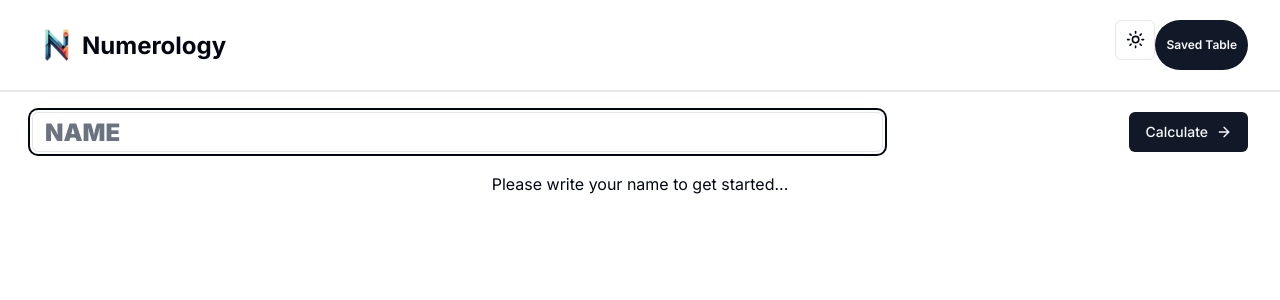
Repository: RaghunadhSahitDruvam/mynumerology
Page: /
An editor plug-in stored every save of this project. The page is shown before and after the next save, followed by the edit.
The browser window is 1280 px wide. The pictures show the whole page.
The project was rebuilt for these pictures with package versions that can differ from the ones it lists, and the page was loaded fresh each time. The framework's server and built-in components were replaced by stand-ins that run in the browser. Also part of the build but not shown: next.config.js, components/ui/alert-dialog.tsx.

Above is the page before, as saved 2023-12-21 08:02:33.

### app/layout.tsx
import type { Metadata } from "next";
import { Inter } from "next/font/google";
import "./globals.css";
import { ThemeProvider } from "@/components/theme-provider";

const inter = Inter({ subsets: ["latin"] });

export const metadata: Metadata = {
  title: "Numerology",
  description: "Officially designed by ⭐ Raghunadh ⭐",
};

export default function RootLayout({
  children,
}: {
  children: React.ReactNode;
}) {
  return (
    <html lang="en">
      <body className={inter.className}>
        {" "}
        <ThemeProvider
          attribute="class"
          defaultTheme="system"
          enableSystem
          disableTransitionOnChange
        >
          {children}
          {/* <Toaster /> */}
        </ThemeProvider>
      </body>
    </html>
  );
}

### app/page.tsx
// @ts-nocheck
"use client";
import React, { useEffect, useRef, useState } from "react";
import { Input } from "@/components/ui/input";
import { ToastContainer, toast } from "react-toastify";
import "react-toastify/dist/ReactToastify.css";

import { Button } from "@/components/ui/button";
import { ArrowRight } from "lucide-react";
import axios from "axios";
import Header from "@/components/header";
import { useRouter, useSearchParams } from "next/navigation";
import Link from "next/link";
import {
  AlertDialog,
  AlertDialogAction,
  AlertDialogCancel,
  AlertDialogContent,
  AlertDialogDescription,
  AlertDialogFooter,
  AlertDialogHeader,
  AlertDialogTitle,
  AlertDialogTrigger,
} from "@/components/ui/alert-dialog";

interface DataSource {
  name_g2_block?: string;
  name_g3_block?: string;
  g2tot?: number;
  g2vtot?: number;
  g2nettot?: number;
  g3tot?: number;
  g3vtot?: number;
  g3nettot?: number;
  tot_letters?: number;
}

const Page: React.FC = () => {
  let [textName, setTextName] = useState<string>("");
  const [dataSource, setDataSource] = useState<DataSource | null>(null);
  const [loading, setLoading] = useState<boolean>(false);
  const searchParams = useSearchParams();
  let search = searchParams.get("name");
  const router = useRouter();
  const saveHandler = async (dataSource: DataSource) => {
    setLoading(true);
    await axios
      .post("/api/save", {
        chaldean: dataSource.name_g2_block,
        pythogorous: dataSource.name_g3_block,
        tot_letters: dataSource.tot_letters,
        g2tot: dataSource.g2tot,
        g3tot: dataSource.g3tot,
        g2vtot: dataSource.g2vtot,
        g3vtot: dataSource.g3vtot,
        g2nettot: dataSource.g2nettot,
        g3nettot: dataSource.g3nettot,
      })
      .then((res) => {
        setLoading(false);
        toast.success("Name successfully added to Database ⭐!");
      })
      .catch((err) => toast.error(err));
  };

  useEffect(() => {
    // Set initial value only if it's different from the current state
    if (search !== null && search !== textName) {
      setTextName(search);
    }
  }, [search, textName]);

  const inputFocusRef = useRef(null);
  const buttonRef = useRef(null);
  useEffect(() => {
    inputFocusRef.current.focus();
    if (search !== null) {
      if (buttonRef.current) {
        buttonRef.current.click();
      }
    }
  }, []);
  const submitHandler = (e: React.FormEvent<HTMLFormElement>) => {
    e.preventDefault();
    axios
      .get(`https://phinzi.com/convert?name=${textName}`)
      .then((res) => setDataSource(res.data));
  };

  const updateURL = (newTextName: string) => {
    // Update the URL without a page reload
    router.push(
      `?name=${encodeURIComponent(
        newTextName
          .replaceAll(".", "")
          .replaceAll(",", "")
          .replaceAll("-", " ")
          .replaceAll(";", "")
          .replaceAll("(", "")
          .replaceAll(")", "")
          .replaceAll("  ", " ")
      )}`
    );
  };

  return loading ? (
    <div className="flex items-center justify-center h-screen bg-gray-100">
      <div className="animate-spin h-12 w-12 border-t-2 border-b-2 border-gray-900 rounded-full" />
    </div>
  ) : (
    <div className="">
      <Header />

      <div>
        <form
          className="container gap flex justify-between"
          onSubmit={(e) => submitHandler(e)}
        >
          <Input
            type="text"
            placeholder="Name"
            className="w-[70%]"
            value={textName}
            ref={inputFocusRef}
            onChange={(e) => {
              const newValue = e.target.value;
              setTextName(newValue);
              updateURL(newValue); // Update the URL when input changes
            }}
          />

          <Button type="submit" ref={buttonRef}>
            Calculate <ArrowRight className="ml-2 h-4 w-4" />
          </Button>
        </form>
      </div>
      {dataSource ? (
        <>
          <div className="container mt-[30px] flex items-start justify-start">
            <table
              border={2}
              className="border-4dark:border-white border-yellow-600"
            >
              <thead className="border-4 dark:border-white border-yellow-600 p-[20px]">
                <tr className="border-4 dark:border-white border-yellow-600">
                  <th className="border-4 dark:border-white border-yellow-600 bg-green-600 text-white  text-2xl font-[900]">
                    Grp.
                  </th>
                  <th className="border-4 dark:border-white border-yellow-600 bg-green-600 text-white  text-2xl font-[900]">
                    Name
                  </th>
                  <th className="border-4 dark:border-white border-yellow-600 bg-green-600 text-white  text-2xl font-[900]">
                    Total
                  </th>
                  <th className="border-4  dark:border-white border-yellow-600 bg-green-600 text-white  text-2xl font-[900]">
                    V
                  </th>
                  <th className="border-4px-[10px]  dark:border-white border-yellow-600 bg-green-600 text-white  text-2xl font-[900] text-2xl">
                    C
                  </th>
                </tr>
              </thead>
              <tbody className="border-4 dark:border-white border-yellow-600 text-[#960084] font-[900]">
                <tr className="border-4 dark:border-white border-yellow-600">
                  <td className="border-4 dark:border-white border-yellow-600 bg-green-600 text-white  text-2xl ">
                    C
                  </td>
                  <td className=" border-4 dark:border-white border-yellow-600 ">
                    <table
                      className=" table-padding text-2xl"
                      dangerouslySetInnerHTML={{
                        __html:
                          typeof dataSource !== "undefined" &&
                          dataSource?.name_g2_block,
                      }}
                    ></table>
                  </td>

                  <td className="border-4 dark:border-white border-yellow-600 text-2xl bg-green-600 text-white ">
                    {dataSource?.g2tot}
                  </td>
                  <td className="border-4 dark:border-white border-yellow-600 text-2xl bg-green-600 text-white ">
                    {" "}
                    {dataSource?.g2vtot}
                  </td>
                  <td className="border-4 dark:border-white border-yellow-600 text-2xl bg-green-600 text-white ">
                    {" "}
                    {dataSource?.g2nettot}
                  </td>
                </tr>
                <tr className="border-4 dark:border-white border-yellow-600">
                  <td className="border-4 dark:border-white border-yellow-600 bg-green-600 text-white  text-2xl ">
                    P
                  </td>
                  <td className=" border-4 dark:border-white border-yellow-600">
                    <table
                      className=" table-padding text-2xl"
                      dangerouslySetInnerHTML={{
                        __html:
                          typeof dataSource !== "undefined" &&
                          dataSource?.name_g3_block,
                      }}
                    ></table>
                  </td>

                  <td className="border-4 dark:border-white border-yellow-600 text-2xl bg-green-600 text-white ">
                    {dataSource?.g3tot}
                  </td>
                  <td className="border-4 dark:border-white border-yellow-600 text-2xl bg-green-600 text-white ">
                    {" "}
                    {dataSource?.g3vtot}
                  </td>
                  <td className="border-4 dark:border-white border-yellow-600 text-2xl bg-green-600 text-white ">
                    {" "}
                    {dataSource?.g3nettot}
                  </td>
                </tr>
              </tbody>
            </table>
          </div>
          <div className="container flex  items-start mt-[10px] justify-between">
            {" "}
            <span className="text-green-600  text-2xl font-[900]">
              Total Letters - {dataSource?.tot_letters}
            </span>
            <div className="">
              {/* <Button variant={"default"} className="mr-[10px]"> */}
              <AlertDialog>
                <AlertDialogTrigger>
                  <Button variant={"default"} className="mr-[10px]">
                    Save
                  </Button>
                </AlertDialogTrigger>
                <AlertDialogContent>
                  <AlertDialogHeader>
                    <AlertDialogTitle>
                      Are you absolutely sure?
                    </AlertDialogTitle>
                    <AlertDialogDescription>
                      Do you want to save this name -{" "}
                      <b>{textName.toUpperCase()}</b> ?
                    </AlertDialogDescription>
                  </AlertDialogHeader>
                  <AlertDialogFooter>
                    <AlertDialogCancel>Cancel</AlertDialogCancel>
                    <AlertDialogAction onClick={() => saveHandler(dataSource)}>
                      Continue
                    </AlertDialogAction>
                  </AlertDialogFooter>
                </AlertDialogContent>
              </AlertDialog>
              {/* </Button> */}
              <Link href={"/"}>
                <Button
                  variant={"destructive"}
                  onClick={() => {
                    setTextName(null);
                    setDataSource(null);
                  }}
                >
                  Cancel
                </Button>
              </Link>
            </div>
          </div>
        </>
      ) : (
        <>
          <div className="container flex justify-center align-middle">
            <h1>Please write your name to get started...</h1>
          </div>
        </>
      )}
      <ToastContainer
        position="top-right"
        autoClose={5000}
        hideProgressBar={false}
        newestOnTop={false}
        closeOnClick
        rtl={false}
        pauseOnFocusLoss
        draggable
        pauseOnHover
        theme="colored"
      />
    </div>
  );
};

export default Page;

### app/globals.css
@tailwind base;
@tailwind components;
@tailwind utilities;

@layer base {
  :root {
    --background: 0 0% 100%;
    --foreground: 224 71.4% 4.1%;

    --card: 0 0% 100%;
    --card-foreground: 224 71.4% 4.1%;

    --popover: 0 0% 100%;
    --popover-foreground: 224 71.4% 4.1%;

    --primary: 220.9 39.3% 11%;
    --primary-foreground: 210 20% 98%;

    --secondary: 220 14.3% 95.9%;
    --secondary-foreground: 220.9 39.3% 11%;

    --muted: 220 14.3% 95.9%;
    --muted-foreground: 220 8.9% 46.1%;

    --accent: 220 14.3% 95.9%;
    --accent-foreground: 220.9 39.3% 11%;

    --destructive: 0 84.2% 60.2%;
    --destructive-foreground: 210 20% 98%;

    --border: 220 13% 91%;
    --input: 220 13% 91%;
    --ring: 224 71.4% 4.1%;

    --radius: 0.5rem;
  }

  .dark {
    --background: 224 71.4% 4.1%;
    --foreground: 210 20% 98%;

    --card: 224 71.4% 4.1%;
    --card-foreground: 210 20% 98%;

    --popover: 224 71.4% 4.1%;
    --popover-foreground: 210 20% 98%;

    --primary: 210 20% 98%;
    --primary-foreground: 220.9 39.3% 11%;

    --secondary: 215 27.9% 16.9%;
    --secondary-foreground: 210 20% 98%;

    --muted: 215 27.9% 16.9%;
    --muted-foreground: 217.9 10.6% 64.9%;

    --accent: 215 27.9% 16.9%;
    --accent-foreground: 210 20% 98%;

    --destructive: 0 62.8% 30.6%;
    --destructive-foreground: 210 20% 98%;

    --border: 215 27.9% 16.9%;
    --input: 215 27.9% 16.9%;
    --ring: 216 12.2% 83.9%;
  }
}

@layer base {
  * {
    @apply border-border;
  }
  body {
    @apply bg-background text-foreground;
  }
  .container {
    @apply mx-[50px];
  }
  .mainHeading {
    @apply text-2xl font-bold;
  }
  .gap {
    @apply my-[20px];
  }
  .table-padding tbody > tr > td {
    @apply px-[15px];
  }
}

### components/ui/input.tsx
import * as React from "react";

import { cn } from "@/lib/utils";

export interface InputProps
  extends React.InputHTMLAttributes<HTMLInputElement> {}

const Input = React.forwardRef<HTMLInputElement, InputProps>(
  ({ className, type, ...props }, ref) => {
    return (
      <input
        type={type}
        className={cn(
          "flex h-10 w-full rounded-md border border-pink-600 border-input uppercase text-2xl bg-background text-blue-600 font-[1000] px-3 py-2  ring-offset-background file:border-0 file:bg-transparent file:text-sm file:font-medium placeholder:text-muted-foreground focus-visible:outline-none focus-visible:ring-2 focus-visible:ring-ring focus-visible:ring-offset-2 foc disabled:cursor-not-allowed disabled:opacity-50",
          className
        )}
        ref={ref}
        {...props}
      />
    );
  }
);
Input.displayName = "Input";

export { Input };

### components/ui/button.tsx
import * as React from "react"
import { Slot } from "@radix-ui/react-slot"
import { cva, type VariantProps } from "class-variance-authority"

import { cn } from "@/lib/utils"

const buttonVariants = cva(
  "inline-flex items-center justify-center rounded-md text-sm font-medium ring-offset-background transition-colors focus-visible:outline-none focus-visible:ring-2 focus-visible:ring-ring focus-visible:ring-offset-2 disabled:pointer-events-none disabled:opacity-50",
  {
    variants: {
      variant: {
        default: "bg-primary text-primary-foreground hover:bg-primary/90",
        destructive:
          "bg-destructive text-destructive-foreground hover:bg-destructive/90",
        outline:
          "border border-input bg-background hover:bg-accent hover:text-accent-foreground",
        secondary:
          "bg-secondary text-secondary-foreground hover:bg-secondary/80",
        ghost: "hover:bg-accent hover:text-accent-foreground",
        link: "text-primary underline-offset-4 hover:underline",
      },
      size: {
        default: "h-10 px-4 py-2",
        sm: "h-9 rounded-md px-3",
        lg: "h-11 rounded-md px-8",
        icon: "h-10 w-10",
      },
    },
    defaultVariants: {
      variant: "default",
      size: "default",
    },
  }
)

export interface ButtonProps
  extends React.ButtonHTMLAttributes<HTMLButtonElement>,
    VariantProps<typeof buttonVariants> {
  asChild?: boolean
}

const Button = React.forwardRef<HTMLButtonElement, ButtonProps>(
  ({ className, variant, size, asChild = false, ...props }, ref) => {
    const Comp = asChild ? Slot : "button"
    return (
      <Comp
        className={cn(buttonVariants({ variant, size, className }))}
        ref={ref}
        {...props}
      />
    )
  }
)
Button.displayName = "Button"

export { Button, buttonVariants }

### components/header.tsx
import React from "react";
import { ModeToggle } from "./mode";
import Link from "next/link";
import Image from "next/image";
import { Badge } from "@/components/ui/badge";

const Header = () => {
  return (
    <div className={``}>
      <div className="flex my-[20px] mainHeading justify-between  container ">
        <Link href={"/"} className="flex align-middle text-center ">
          <Image src={"/images/logo.png"} alt="logo" height={50} width={50} />
          <span className="mt-[10px]">Numerology</span>
        </Link>
        <div className="flex">
          <ModeToggle />
          <Badge variant="default">Saved Table</Badge>
        </div>
      </div>
      <div className="border-b-2"></div>
    </div>
  );
};

export default Header;

### components/mode.tsx
"use client";

import * as React from "react";
import { Moon, Sun } from "lucide-react";
import { useTheme } from "next-themes";

import { Button } from "@/components/ui/button";
import {
  DropdownMenu,
  DropdownMenuContent,
  DropdownMenuItem,
  DropdownMenuTrigger,
} from "@/components/ui/dropdown-menu";

export function ModeToggle() {
  const { setTheme } = useTheme();

  return (
    <DropdownMenu>
      <DropdownMenuTrigger asChild>
        <Button variant="outline" size="icon">
          <Sun className="h-[1.2rem] w-[1.2rem] rotate-0 scale-100 transition-all dark:-rotate-90 dark:scale-0" />
          <Moon className="absolute h-[1.2rem] w-[1.2rem] rotate-90 scale-0 transition-all dark:rotate-0 dark:scale-100" />
          <span className="sr-only">Toggle theme</span>
        </Button>
      </DropdownMenuTrigger>
      <DropdownMenuContent align="end">
        <DropdownMenuItem onClick={() => setTheme("light")}>
          Light
        </DropdownMenuItem>
        <DropdownMenuItem onClick={() => setTheme("dark")}>
          Dark
        </DropdownMenuItem>
        <DropdownMenuItem onClick={() => setTheme("system")}>
          System
        </DropdownMenuItem>
      </DropdownMenuContent>
    </DropdownMenu>
  );
}

### components/ui/badge.tsx
import * as React from "react"
import { cva, type VariantProps } from "class-variance-authority"

import { cn } from "@/lib/utils"

const badgeVariants = cva(
  "inline-flex items-center rounded-full border px-2.5 py-0.5 text-xs font-semibold transition-colors focus:outline-none focus:ring-2 focus:ring-ring focus:ring-offset-2",
  {
    variants: {
      variant: {
        default:
          "border-transparent bg-primary text-primary-foreground hover:bg-primary/80",
        secondary:
          "border-transparent bg-secondary text-secondary-foreground hover:bg-secondary/80",
        destructive:
          "border-transparent bg-destructive text-destructive-foreground hover:bg-destructive/80",
        outline: "text-foreground",
      },
    },
    defaultVariants: {
      variant: "default",
    },
  }
)

export interface BadgeProps
  extends React.HTMLAttributes<HTMLDivElement>,
    VariantProps<typeof badgeVariants> {}

function Badge({ className, variant, ...props }: BadgeProps) {
  return (
    <div className={cn(badgeVariants({ variant }), className)} {...props} />
  )
}

export { Badge, badgeVariants }

### components/ui/dropdown-menu.tsx
import * as React from "react"
import * as DropdownMenuPrimitive from "@radix-ui/react-dropdown-menu"
import { Check, ChevronRight, Circle } from "lucide-react"

import { cn } from "@/lib/utils"

const DropdownMenu = DropdownMenuPrimitive.Root

const DropdownMenuTrigger = DropdownMenuPrimitive.Trigger

const DropdownMenuGroup = DropdownMenuPrimitive.Group

const DropdownMenuPortal = DropdownMenuPrimitive.Portal

const DropdownMenuSub = DropdownMenuPrimitive.Sub

const DropdownMenuRadioGroup = DropdownMenuPrimitive.RadioGroup

const DropdownMenuSubTrigger = React.forwardRef<
  React.ElementRef<typeof DropdownMenuPrimitive.SubTrigger>,
  React.ComponentPropsWithoutRef<typeof DropdownMenuPrimitive.SubTrigger> & {
    inset?: boolean
  }
>(({ className, inset, children, ...props }, ref) => (
  <DropdownMenuPrimitive.SubTrigger
    ref={ref}
    className={cn(
      "flex cursor-default select-none items-center rounded-sm px-2 py-1.5 text-sm outline-none focus:bg-accent data-[state=open]:bg-accent",
      inset && "pl-8",
      className
    )}
    {...props}
  >
    {children}
    <ChevronRight className="ml-auto h-4 w-4" />
  </DropdownMenuPrimitive.SubTrigger>
))
DropdownMenuSubTrigger.displayName =
  DropdownMenuPrimitive.SubTrigger.displayName

const DropdownMenuSubContent = React.forwardRef<
  React.ElementRef<typeof DropdownMenuPrimitive.SubContent>,
  React.ComponentPropsWithoutRef<typeof DropdownMenuPrimitive.SubContent>
>(({ className, ...props }, ref) => (
  <DropdownMenuPrimitive.SubContent
    ref={ref}
    className={cn(
      "z-50 min-w-[8rem] overflow-hidden rounded-md border bg-popover p-1 text-popover-foreground shadow-lg data-[state=open]:animate-in data-[state=closed]:animate-out data-[state=closed]:fade-out-0 data-[state=open]:fade-in-0 data-[state=closed]:zoom-out-95 data-[state=open]:zoom-in-95 data-[side=bottom]:slide-in-from-top-2 data-[side=left]:slide-in-from-right-2 data-[side=right]:slide-in-from-left-2 data-[side=top]:slide-in-from-bottom-2",
      className
    )}
    {...props}
  />
))
DropdownMenuSubContent.displayName =
  DropdownMenuPrimitive.SubContent.displayName

const DropdownMenuContent = React.forwardRef<
  React.ElementRef<typeof DropdownMenuPrimitive.Content>,
  React.ComponentPropsWithoutRef<typeof DropdownMenuPrimitive.Content>
>(({ className, sideOffset = 4, ...props }, ref) => (
  <DropdownMenuPrimitive.Portal>
    <DropdownMenuPrimitive.Content
      ref={ref}
      sideOffset={sideOffset}
      className={cn(
        "z-50 min-w-[8rem] overflow-hidden rounded-md border bg-popover p-1 text-popover-foreground shadow-md data-[state=open]:animate-in data-[state=closed]:animate-out data-[state=closed]:fade-out-0 data-[state=open]:fade-in-0 data-[state=closed]:zoom-out-95 data-[state=open]:zoom-in-95 data-[side=bottom]:slide-in-from-top-2 data-[side=left]:slide-in-from-right-2 data-[side=right]:slide-in-from-left-2 data-[side=top]:slide-in-from-bottom-2",
        className
      )}
      {...props}
    />
  </DropdownMenuPrimitive.Portal>
))
DropdownMenuContent.displayName = DropdownMenuPrimitive.Content.displayName

const DropdownMenuItem = React.forwardRef<
  React.ElementRef<typeof DropdownMenuPrimitive.Item>,
  React.ComponentPropsWithoutRef<typeof DropdownMenuPrimitive.Item> & {
    inset?: boolean
  }
>(({ className, inset, ...props }, ref) => (
  <DropdownMenuPrimitive.Item
    ref={ref}
    className={cn(
      "relative flex cursor-default select-none items-center rounded-sm px-2 py-1.5 text-sm outline-none transition-colors focus:bg-accent focus:text-accent-foreground data-[disabled]:pointer-events-none data-[disabled]:opacity-50",
      inset && "pl-8",
      className
    )}
    {...props}
  />
))
DropdownMenuItem.displayName = DropdownMenuPrimitive.Item.displayName

const DropdownMenuCheckboxItem = React.forwardRef<
  React.ElementRef<typeof DropdownMenuPrimitive.CheckboxItem>,
  React.ComponentPropsWithoutRef<typeof DropdownMenuPrimitive.CheckboxItem>
>(({ className, children, checked, ...props }, ref) => (
  <DropdownMenuPrimitive.CheckboxItem
    ref={ref}
    className={cn(
      "relative flex cursor-default select-none items-center rounded-sm py-1.5 pl-8 pr-2 text-sm outline-none transition-colors focus:bg-accent focus:text-accent-foreground data-[disabled]:pointer-events-none data-[disabled]:opacity-50",
      className
    )}
    checked={checked}
    {...props}
  >
    <span className="absolute left-2 flex h-3.5 w-3.5 items-center justify-center">
      <DropdownMenuPrimitive.ItemIndicator>
        <Check className="h-4 w-4" />
      </DropdownMenuPrimitive.ItemIndicator>
    </span>
    {children}
  </DropdownMenuPrimitive.CheckboxItem>
))
DropdownMenuCheckboxItem.displayName =
  DropdownMenuPrimitive.CheckboxItem.displayName

const DropdownMenuRadioItem = React.forwardRef<
  React.ElementRef<typeof DropdownMenuPrimitive.RadioItem>,
  React.ComponentPropsWithoutRef<typeof DropdownMenuPrimitive.RadioItem>
>(({ className, children, ...props }, ref) => (
  <DropdownMenuPrimitive.RadioItem
    ref={ref}
    className={cn(
      "relative flex cursor-default select-none items-center rounded-sm py-1.5 pl-8 pr-2 text-sm outline-none transition-colors focus:bg-accent focus:text-accent-foreground data-[disabled]:pointer-events-none data-[disabled]:opacity-50",
      className
    )}
    {...props}
  >
    <span className="absolute left-2 flex h-3.5 w-3.5 items-center justify-center">
      <DropdownMenuPrimitive.ItemIndicator>
        <Circle className="h-2 w-2 fill-current" />
      </DropdownMenuPrimitive.ItemIndicator>
    </span>
    {children}
  </DropdownMenuPrimitive.RadioItem>
))
DropdownMenuRadioItem.displayName = DropdownMenuPrimitive.RadioItem.displayName

const DropdownMenuLabel = React.forwardRef<
  React.ElementRef<typeof DropdownMenuPrimitive.Label>,
  React.ComponentPropsWithoutRef<typeof DropdownMenuPrimitive.Label> & {
    inset?: boolean
  }
>(({ className, inset, ...props }, ref) => (
  <DropdownMenuPrimitive.Label
    ref={ref}
    className={cn(
      "px-2 py-1.5 text-sm font-semibold",
      inset && "pl-8",
      className
    )}
    {...props}
  />
))
DropdownMenuLabel.displayName = DropdownMenuPrimitive.Label.displayName

const DropdownMenuSeparator = React.forwardRef<
  React.ElementRef<typeof DropdownMenuPrimitive.Separator>,
  React.ComponentPropsWithoutRef<typeof DropdownMenuPrimitive.Separator>
>(({ className, ...props }, ref) => (
  <DropdownMenuPrimitive.Separator
    ref={ref}
    className={cn("-mx-1 my-1 h-px bg-muted", className)}
    {...props}
  />
))
DropdownMenuSeparator.displayName = DropdownMenuPrimitive.Separator.displayName

const DropdownMenuShortcut = ({
  className,
  ...props
}: React.HTMLAttributes<HTMLSpanElement>) => {
  return (
    <span
      className={cn("ml-auto text-xs tracking-widest opacity-60", className)}
      {...props}
    />
  )
}
DropdownMenuShortcut.displayName = "DropdownMenuShortcut"

export {
  DropdownMenu,
  DropdownMenuTrigger,
  DropdownMenuContent,
  DropdownMenuItem,
  DropdownMenuCheckboxItem,
  DropdownMenuRadioItem,
  DropdownMenuLabel,
  DropdownMenuSeparator,
  DropdownMenuShortcut,
  DropdownMenuGroup,
  DropdownMenuPortal,
  DropdownMenuSub,
  DropdownMenuSubContent,
  DropdownMenuSubTrigger,
  DropdownMenuRadioGroup,
}

Loaded but not shown: components/theme-provider.tsx (common file); lib/utils.ts (common file); tailwind.config.js (common file)

After the next save:
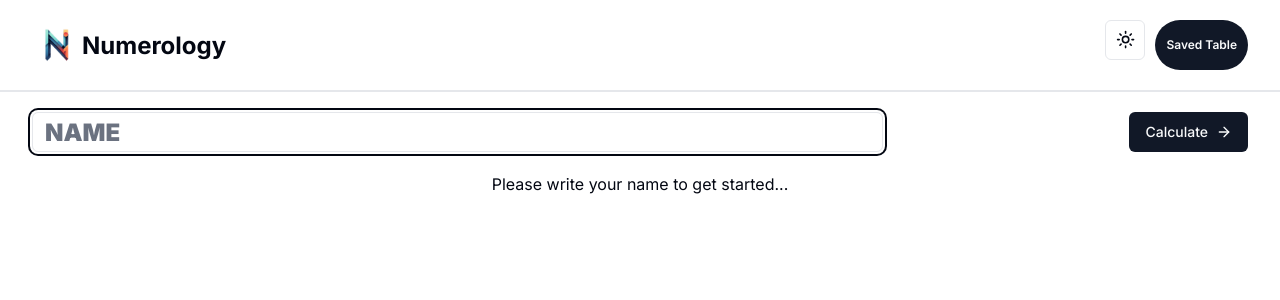
Saved 5 s later.
--- a/components/header.tsx
+++ b/components/header.tsx
@@ -12,7 +12,7 @@ const Header = () => {
           <Image src={"/images/logo.png"} alt="logo" height={50} width={50} />
           <span className="mt-[10px]">Numerology</span>
         </Link>
-        <div className="flex">
+        <div className="flex gap-[10px]">
           <ModeToggle />
           <Badge variant="default">Saved Table</Badge>
         </div>
